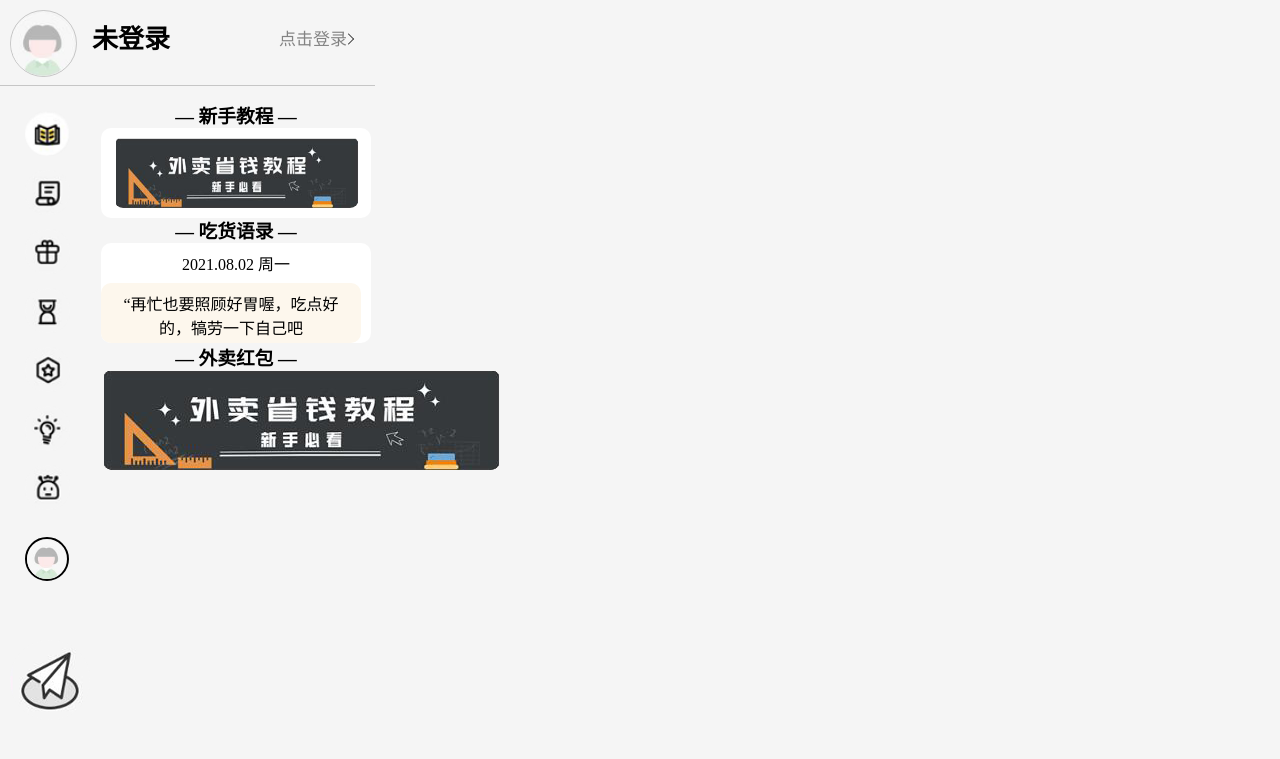
Repository: Privatexiao/projects
Page: Takeout assistant/index.html
These files come from the project's save history. The page is drawn as it stood at one moment and after a run of saves; the edit follows.
The browser window is 1280 px wide. The pictures show the whole page.

Above is the page before, as saved 2021-08-02 17:11:56.

### Takeout assistant/index.html
<!DOCTYPE html>
<html lang="en">
<head>
    <meta charset="UTF-8">
    <meta http-equiv="X-UA-Compatible" content="IE=edge">
    <meta name="viewport" content="width=device-width, initial-scale=1.0">
    <script src="js/vue.js" type="text/javascript"></script>
    <script src="js/require.js" type="text/javascript"></script>
    <link href="css/index.css"  rel="stylesheet" type="text/css">
    <title>Document</title>
</head>
<body>
    <div id="app">
        <div class="bar">
            <div class="HeadPortrait"><a href="javaScript:"><img :src="userInfo.avatar"></div><span class="NoHeadPortrait">{{NoHeadPortrait}}</span></a>
            <div class="TheLogin">
                <a href="javaScript:">{{HeadPortrait}}<img src="img/Put It away.png"></a>
            </div>
        </div>
        <div class="LeftBar">
            <ul>
                <!-- <li v-for="(item, index) of list"
                    :key="index"
                    :class="{active:index == num}"
                    @click="addClassName(index)"
        >

        <img v-show="num!=index" :class="item.icon" src="img/新手教程.png"></img>
        <img v-show="num==index" :class="item.active" src="img/新手教程two.png"></img>

        <img v-show="num!=index" :class="item.icon" src="img/吃货语录.png"></img>
        <img v-show="num==index" :class="item.active" src="img/吃货语录two.png"></img>

        <img v-show="num!=index" :class="item.icon" src="img/外卖红包.png"></img>
        <img v-show="num==index" :class="item.active" src="img/外卖红包two.png"></img>

        <img v-show="num!=index" :class="item.icon" src="img/饭补活动.png"></img>
        <img v-show="num==index" :class="item.active" src="img/饭补活动two.png"></img>

        <img v-show="num!=index" :class="item.icon" src="img/大作战.png"></img>
        <img v-show="num==index" :class="item.active" src="img/大作战two.png"></img>

        <img v-show="num!=index" :class="item.icon" src="img/今天吃什么.png"></img>
        <img v-show="num==index" :class="item.active" src="img/今天吃什么two.png"></img>

                </li> -->
                <li><a href="#top1"><img src="img/新手教程two.png"></a></li>
                <li><a href="#top2"><img src="img/吃货语录.png"></a></li>
                <li><a href="#top3"><img src="img/外卖红包.png"></a></li>
                <li><a href="#top4"><img src="img/饭补活动.png"></a></li>
                <li><a href="#top5"><img src="img/大作战.png"></a></li>
                <li><a href="#top6"><img src="img/今天吃什么.png"></a></li>
                <li><a href="#top7"><img src="img/客服微信.png"></a></li>
                <li class="fot1"><a href="#top8"><img src="img/头像.png"></a></li>
                <li class="fot2"><a href="#top9"><img src="img/小飞机.png"></a></li>
            </ul>
        </div>

        <div class="TheTutorial"><a name="top1">
            <h3>—&nbsp;新手教程&nbsp;—</h3>
            <div class="xsjc_bj"><img src="img/新手教程nr.png"></div>
        </a></div>

        <div class="VersionQuotation"><a name="top2">
            <h3>—&nbsp;吃货语录&nbsp;—</h3>
            <div class="chyl_bj">
                <p>2021.08.02&nbsp;周一</p>
                <div class="chyl_nr">
                    <p>“再忙也要照顾好胃喔，吃点好的，犒劳一下自己吧</p>
                </div>
        </a></div>

        <div class="take_out"><a name="top3">
            <h3>—&nbsp;外卖红包&nbsp;—</h3>
            <div class="wmhb_bj">
                <img src="img/新手教程nr.png"></div>
        </a></div>
    </div>



    <script>
        let app = new Vue({
            el:'#app',
            data:{
                NoHeadPortrait:"未登录",
                HeadPortrait:"点击登录",
                userInfo:{
                    avatar:'img/头像.png'
                },

    //     list: [
    //     {
    //       icon: "iconfont icon-wode",  //原始显示的图标
    //       active: "iconfont icon-shouye", //点击之后要显示的图标
    //     },
    //     {
    //     icon: "iconfont icon-icon",
    //     active: "iconfont icon-gouwuche",
    //     },
    //     {
    //     icon: "iconfont icon-gouwuche",
    //     active: "iconfont icon-icon",
    //     },
    //     {
    //     icon: "iconfont icon-wode",
    //     active: "iconfont icon-shouye",
    //     }
    // ],
    // num: 0,
    // tabName: ""
    // },
    // methods: {
    // addClassName: function(index) {
    //     console.log(index);
    //     this.num = index;
    // }

            }
        })
    </script>
</body>
</html>

### Takeout assistant/css/index.css
/* 全局配置 */
body{
    width: 375px;
    height: 667px;
    min-width: 375px;
    background-color: rgb(245,245,245);
}
a{
    text-decoration: none;
    color: black;
}
*{
    padding: 0;
    margin: 0;
}
ul,ol{
    list-style: none;
}

/* 上面状态栏 */
.bar {
    width: 100%;
    height: 85px;
    float: left;
    border-bottom: 1px solid rgba(136, 136, 136, 0.438);
}
/* 头像 */
.bar .HeadPortrait img{
    margin: 10px 0 0 10px;
    float: left;
    width: 65px;
    height: 65px;
    border: 1px solid rgba(136, 136, 136, 0.438);
    border-radius: 50%;
}
/* 未登录 */
.bar .NoHeadPortrait{
    float: left;
    font-size: 26px;
    font-weight:bold;
    line-height: 80px;
    margin-left: 15px;
}
/* 点击登录 */
.bar .TheLogin a{
    float: right;
    line-height: 80px;
    font-size: 17px;
    margin-right: 20px;
    color: rgba(114, 114, 114, 0.87);
}

/* 左边图标状态栏 */
.LeftBar{
    margin: 15px 0 15px 15px;
    float: left;
}
.LeftBar ul li{
    margin: 10px 0 10px 10px;
    cursor: pointer;
}
.LeftBar ul li img{
    width: 45px;
    height: 45px;
}
.LeftBar ul .fot1 img{
    width: 40px;
    height: 40px;
    border: 2px solid black;
    border-radius: 50%;
    margin-top: 13px;
}
.LeftBar ul .fot2 img{
    width: 80px;
    height: 80px;
    margin: 45px 10px 10px -15px;
}


/* 新手教程 */
.TheTutorial{
    float: left;
    margin: 15px 1px 10px 1px;
    width: 270px;
    height: 90px;
}
/* 新手教程背景白色图片 */
.TheTutorial .xsjc_bj{
    background-color: white;
    width: 270px;
    height: 90px;
    text-align: center;
    border-radius: 10px;
}
/* 新手教程标题 */
.TheTutorial h3,
.VersionQuotation h3,
.take_out h3{
    text-align: center;
}
/* 新手教程内容图片 */
.TheTutorial .xsjc_bj img{
    padding-top: 10px;
    width: 245px;
    height: 70px;
    border-radius: 9px;
}

/* 吃货语录 */
.VersionQuotation{
    float: left;
    margin: 15px 1px 10px 1px;
    width: 270px;
    height: 90px;
}
.VersionQuotation p{
    text-align: center;
    padding: 8px;
}
.VersionQuotation .chyl_bj{
    background-color: white;
    width: 270px;
    height: 100px;
    text-align: center;
    border-radius: 10px;
}
.VersionQuotation .chyl_nr{
    background-color: rgb(253,247,237);
    width: 260px;
    height: 60px;
    border-radius: 10px;
}

Loaded but not shown: Takeout assistant/js/vue.js (library); Takeout assistant/js/require.js (2145 lines, source omitted)

After the next 4 saves:
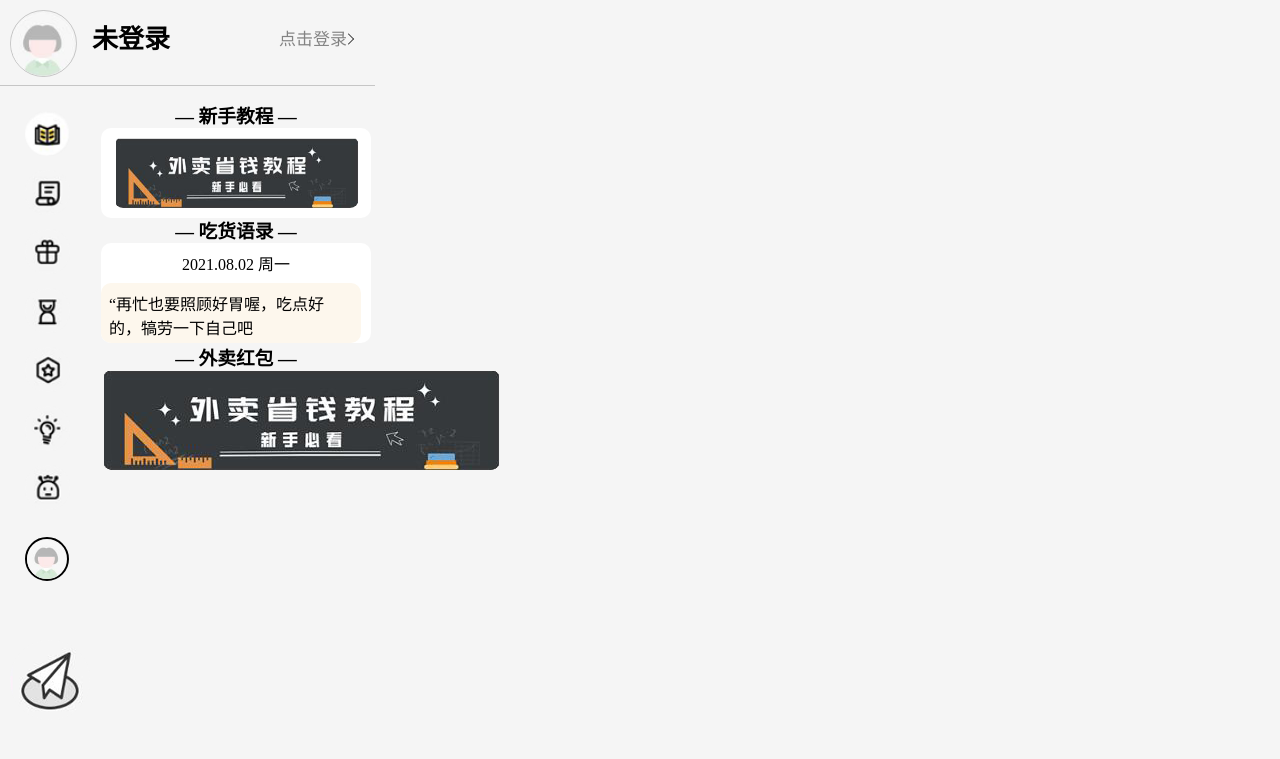
The 4 saves are shown as one change because they came seconds apart.
The last was saved 21 s later.
--- a/Takeout assistant/css/index.css
+++ b/Takeout assistant/css/index.css
@@ -130,3 +130,6 @@ ul,ol{
     height: 60px;
     border-radius: 10px;
 }
+.VersionQuotation .chyl_nr p{
+    text-align: left;
+}
